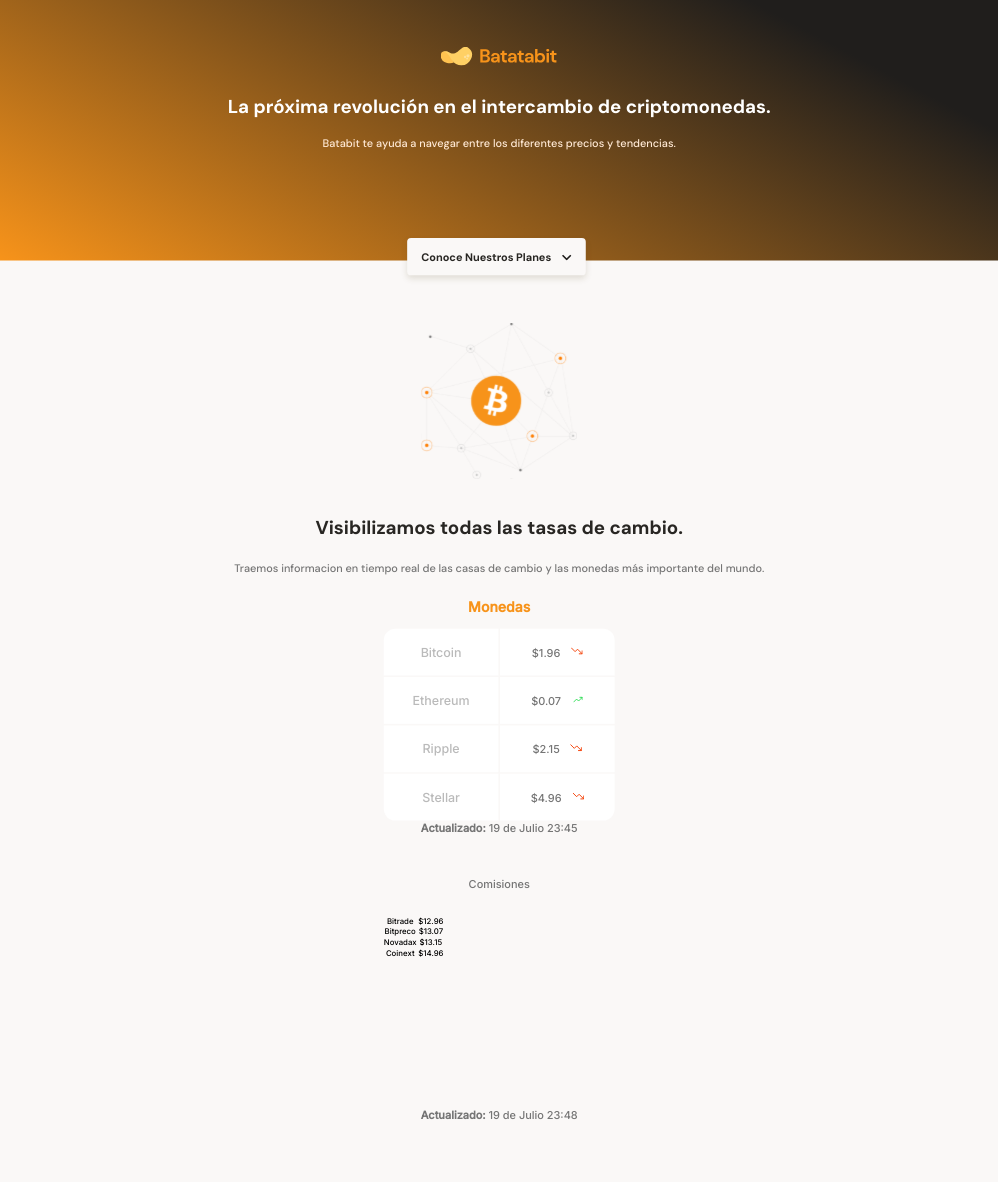
Repository: EnzoSz/Mobile-First
Page: index.html
An editor plug-in stored every save of this project. The page is shown before and after the next save, followed by the edit.
The browser window is 1280 px wide. The pictures show the whole page, at 78% of full size.

Above is the page before, as saved 2021-01-28 21:25:33.

### index.html
<!DOCTYPE html>
<html lang="en">
<head>
    <meta charset="UTF-8">
    <meta name="viewport" content="width=device-width, initial-scale=1.0">
    <title>Document</title>
    <link rel="preconnect" href="https://fonts.gstatic.com">
    <link href="https://fonts.googleapis.com/css2?family=DM+Sans:wght@400;500;700&family=Inter:wght@300;500&display=swap" rel="stylesheet">
    <link rel="stylesheet" href="./estilos.css">
</head>
<body>
    <header>
        <img src="./assets/img/logo.svg" alt="">
        <div class="header--title-container">
            <h1>La próxima revolución en el intercambio de criptomonedas.</h1>
            <p>Batabit te ayuda a navegar entre los diferentes precios y tendencias.</p>
            <a href="" class="header--button">Conoce Nuestros Planes <span></span></a>
        </div>
    </header>
    <main>
        <section class="main-exchange-container">
            <div class="backgroundImg"></div>
            <div class="main.exchange-container--title">
                <h2>Visibilizamos todas las tasas de cambio.</h2>
                <p>
                    Traemos informacion en  tiempo real de las casas de cambio y las monedas más importante del mundo.

                </p>
            </div>
            <section class="main-tables-container">
                <div class="main-currency-table">
                    <p class="currency-table--title">Monedas</p>
                    <div class="currency-table--container">
                        <table>
                            <tr>
                                <td class="table__top-left">Bitcoin</td>
                                <td class="table__top-right table__right">$1.96 <span class="down"></span></td>
                            </tr>
                            <tr>
                                <td>Ethereum</td>
                                <td class="table__right">$0.07 <span class="up"></span></td>
                            </tr>
                            <tr>
                                <td>Ripple</td>
                                <td class="table__right">$2.15 <span class="down"></span></td>
                            </tr>
                            <tr>
                                <td class="table__bottom-left">Stellar</td>
                                <td class="table__bottom-right table__right">$4.96 <span class="down"></span></td>
                            </tr>
                        </table>
                    </div>
                    <div class="currency-table-date">
                        <p>
                            <b>Actualizado:</b> 19 de Julio 23:45
                        </p>
                    </div>
                </div>
                <div class="main-commissions-table">
                    <p class="commissions-table--title">Comisiones</p>
                    <div class="commissions-table--container">
                        <table>
                            <tr>
                                <td class="table__top-left">Bitrade</td>
                                <td class="table__top-right table__right">$12.96</td>
                            </tr>
                            <tr>
                                <td>Bitpreco</td>
                                <td class="table__right">$13.07</td>
                            </tr>
                            <tr>
                                <td>Novadax</td>
                                <td class="table__right">$13.15</td>
                            </tr>
                            <tr>
                                <td class="table__bottom-left">Coinext</td>
                                <td class="table__bottom-right table__right">$14.96</td>
                            </tr>
                        </table>
                    </div>
                    <div class="currency-table-date">
                        <p>
                            <b>Actualizado:</b> 19 de Julio 23:48
                        </p>
                    </div>
                </div>
            </section>
        </section>
        <section></section>
        <section></section>
        <section></section>
    </main>
    <footer></footer>
</body>
</html>

### estilos.css
/*
1. Posicionamiento
2. Modelo de caja (Box model)
3. Tipografía
4. Visuales
5. Otros
*/
:root {
    /*Colores */
    --bitcoin-orange: #F7931A;
    --soft-orange: #FFE9D5;
    --secondary-blue: #1A9AF7;
    --soft-blue: #E7F5FF;
    --warm-black: #201E1C;
    --warm-black1: #282623;
    --grey: #BABABA;
    --off-white: #FAF8F7;
    --just-white: #FFFFFF;
}
* {
    box-sizing: border-box;
    margin: 0;
    padding: 0;
}
html {
    font-size: 62.5%;
    font-family: 'DM Sans', sans-serif;
}
header {
    position: relative;
    display: flex;
    flex-direction: column;
    justify-content: center;
    width: 100%;
    min-width: 32rem;
    height: 33.4rem;
    text-align: center;
    background: linear-gradient(207.8deg, #201E1C 16.69%, #F7931A 100%);;
}
header img {
    width: 15rem;
    height: 2.4rem;
    margin-top: 6.0rem;
    align-self:center;
}
.header--title-container {
    width: 90%;
    min-width: 28.8rem;
    max-width: 90rem;
    height: 21.8rem;
    margin-top: 4rem;
    text-align: center;
    align-self:center;

}
.header--title-container h1 {
    font-size: 2.4rem;
    font-weight: bold;
    line-height: 2.6rem;
    color: var(--just-white);
}
.header--title-container p {
    margin-top: 25px;
    font-size: 1.4rem;
    font-weight: 500;
    line-height: 1.8rem;
    color: var(--soft-orange);
}
.header--title-container .header--button {
    position: absolute;
    left: calc(50% - 118px);
    top: 270px;
    display: block;
    margin-top: 35px;
    padding: 15px;
    width: 229px;
    height: 48px;
    background-color: var(--off-white);
    /*Sombra*/
    box-shadow: 0px 4px 8px rgba(89, 73, 30, 0.16);
    border: none;
    border-radius: 5px;
    font-size: 1.4rem;
    font-weight: bold;
    text-decoration: none;
    color: var(--warm-black1);
}
.header--button span {
    display: inline-block;
    width: 13px;
    height: 8px;
    margin-left: 10px;
    background-image: url('./assets/icons/arrow-down.svg');
}
main {
    width: 100%;
    height: auto;
    background-color: var(--off-white);
}
.main-exchange-container {
    width: 100%;
    height: auto;
    padding-top: 80px;
    padding-bottom: 30px;
    text-align: center;
}
.main-exchange-container--title {
    width: 90%;
    min-width: 288px;
    max-width: 900px;
    margin: 0 auto;
}
.main-exchange-container .backgroundImg {
    width: 200px;
    height: 200px;
    margin: 0 auto;
    margin-bottom: 50px;
    background-image:url('./assets/img/bitcoin.svg');
    background-size: cover;
    background-position: center;
    background-repeat: no-repeat;
}
.main-exchange-container h2 {
    margin-bottom: 30px;
    font-size: 2.4rem;
    font-weight: bold;
    line-height: 2.6rem;
    color: var(--warm-black1);
}
.main-exchange-container p {
    margin-bottom: 30px;
    font-size: 1.4rem;
    font-weight: 500;
    line-height: 1.6rem;
    color: #757575;
}
.main-currency-table, .main-commissions-table {
    width: 70%;
    min-width: 235px;
    max-width: 500px;
    height: 360px;
    margin: 0 auto;
    font-family: "Inter", sans-serif;
}
.main-currency-table .currency-table--title {
    margin-bottom: 15px;
    font-size: 1.8rem;
    font-weight: bold;
    line-height: 2.3rem;
    color: var(--bitcoin-orange);
}
.currency-table--container, .commissions-table--container {
    width: 90%;
    min-width: 230px;
    max-width: 300px;
    height: 250px;
    margin: 0 auto;
}
.currency-table--container table {
    width: 100%;
    height: 100%;
}
.currency-table--container td {
    width: 50%;
    font-size: 1.6rem;
    font-weight: 500;
    line-height: 1.9rem;
    color: var(--grey);
    background-color: var(--just-white);
}
.currency-table--container .table__top-left {
    border-radius: 15px 0 0 0;
}
.currency-table--container .table__top-right {
    border-radius: 0 15px 0 0;
}
.currency-table--container .table__bottom-left {
    border-radius: 0 0 0 15px;
}
.currency-table--container .table__bottom-right {
    border-radius: 0 0 15px 0;
}
.currency-table--container .table__right {
    font-size: 1.4rem;
    font-weight: normal;
    line-height: 1.7rem;
    color: #757575;
}
.currency-table--container .down {
    display: inline-block;
    width: 15px;
    height: 15px;
    margin-left: 10px;
    background-image: url('./assets/icons/trending-down.svg');
    background-size: cover;
    background-position: center;
    background-repeat: no-repeat;
}
.currency-table--container .up {
    display: inline-block;
    width: 15px;
    height: 15px;
    margin-left: 10px;
    background-image:url('./assets/icons/trending-up.svg');
    background-position: center;
    background-repeat:no-repeat;
}

After the next save:
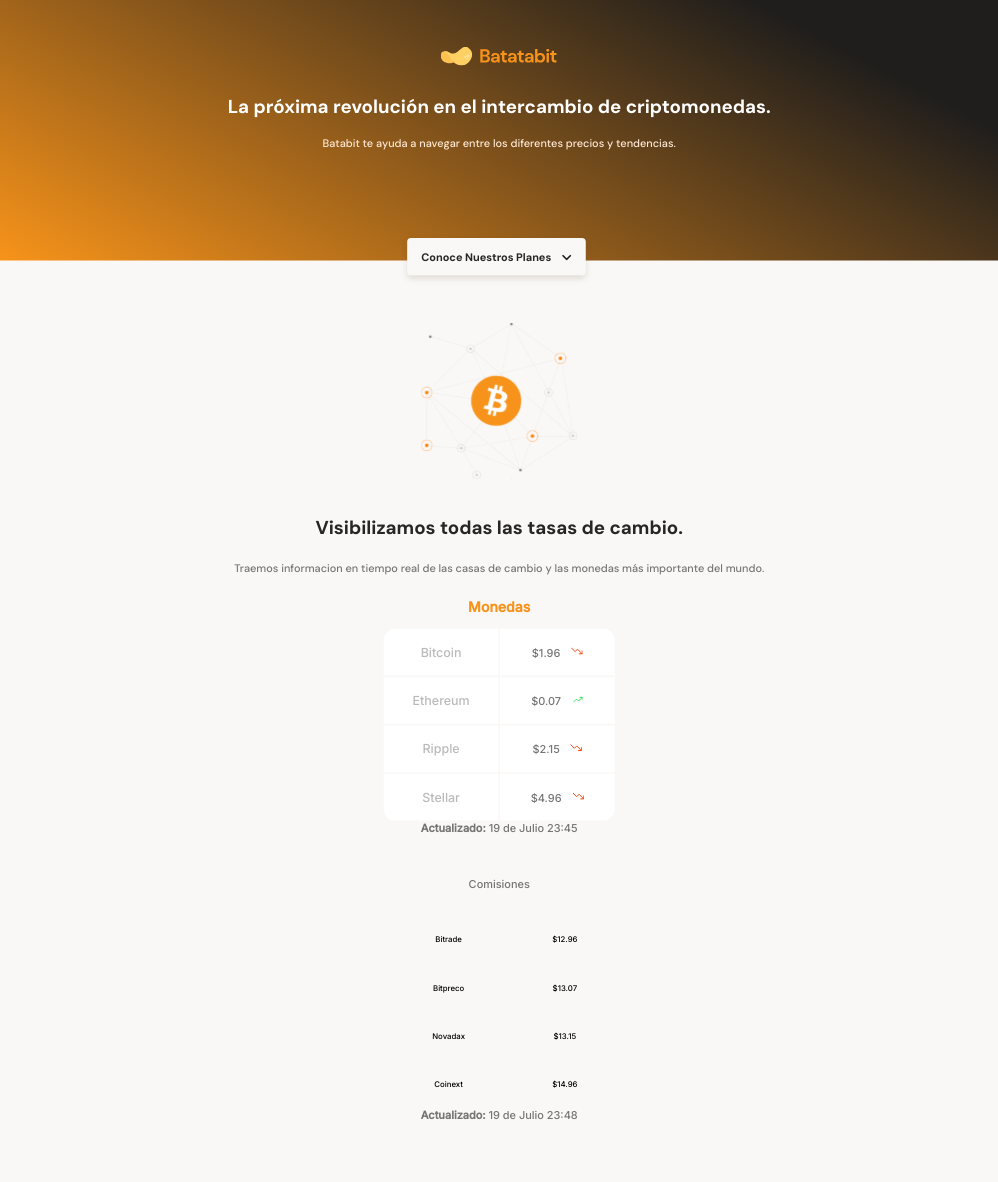
Saved 38 s later.
--- a/estilos.css
+++ b/estilos.css
@@ -156,7 +156,7 @@
     height: 250px;
     margin: 0 auto;
 }
-.currency-table--container table {
+.currency-table--container table, .commissions-table--container table {
     width: 100%;
     height: 100%;
 }
